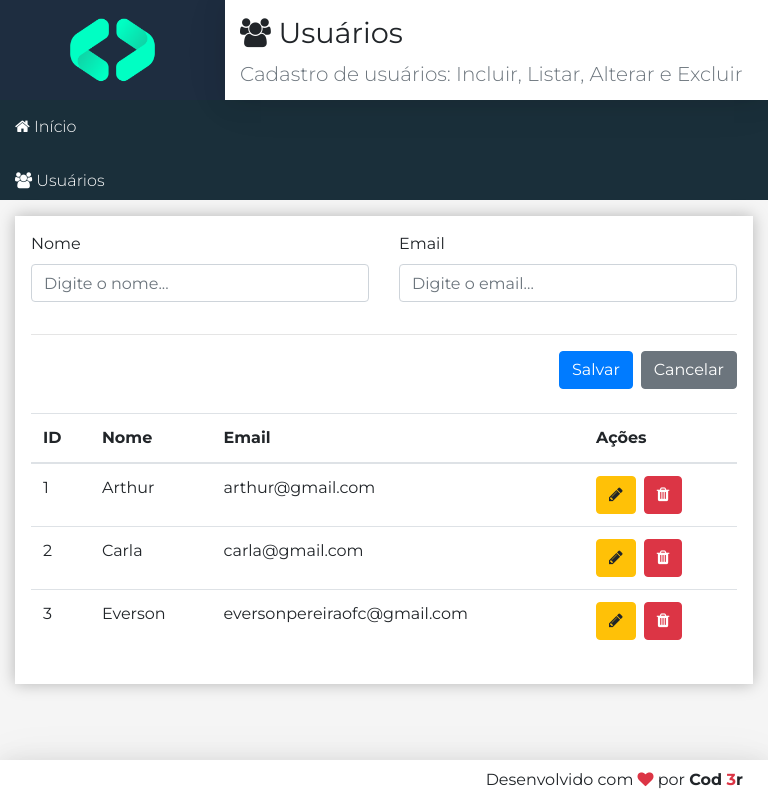
Repository: eversonps/projeto-cadastro-usuarios-firebase
Page: /users (app in frontend/)
These files come from the project's save history. The page is drawn as it stood at one moment and after the next save; the edit follows.
The browser window is 768 px wide. The pictures show the whole page.
The project was rebuilt for these pictures with package versions that can differ from the ones it lists, and the page was loaded fresh each time. Requests to the local data server were answered from the project's data file. Also part of the build but not shown: frontend/src/components/home/home.jsx.

Above is the page before, as saved 2022-03-22 15:32:35.

### frontend/public/index.html
<!DOCTYPE html>
<html lang="en">
  <head>
    <meta charset="utf-8" />
    <link rel="icon" href="%PUBLIC_URL%/favicon.ico" />
    <link rel="preconnect" href="https://fonts.googleapis.com">
    <link rel="preconnect" href="https://fonts.gstatic.com" crossorigin>
    <link href="https://fonts.googleapis.com/css2?family=Montserrat:wght@300;400;700&display=swap" rel="stylesheet">
    <meta name="viewport" content="width=device-width, initial-scale=1" />
    <meta name="theme-color" content="#000000" />
    <meta
      name="description"
      content="Web site created using create-react-app"
    />
    <link rel="apple-touch-icon" href="%PUBLIC_URL%/logo192.png" />
    <!--
      manifest.json provides metadata used when your web app is installed on a
      user's mobile device or desktop. See https://developers.google.com/web/fundamentals/web-app-manifest/
    -->
    <link rel="manifest" href="%PUBLIC_URL%/manifest.json" />
    <!--
      Notice the use of %PUBLIC_URL% in the tags above.
      It will be replaced with the URL of the `public` folder during the build.
      Only files inside the `public` folder can be referenced from the HTML.

      Unlike "/favicon.ico" or "favicon.ico", "%PUBLIC_URL%/favicon.ico" will
      work correctly both with client-side routing and a non-root public URL.
      Learn how to configure a non-root public URL by running `npm run build`.
    -->
    <title>React App</title>
  </head>
  <body>
    <noscript>You need to enable JavaScript to run this app.</noscript>
    <div id="root"></div>
    <!--
      This HTML file is a template.
      If you open it directly in the browser, you will see an empty page.

      You can add webfonts, meta tags, or analytics to this file.
      The build step will place the bundled scripts into the <body> tag.

      To begin the development, run `npm start` or `yarn start`.
      To create a production bundle, use `npm run build` or `yarn build`.
    -->
  </body>
</html>

### frontend/src/index.js
import React from 'react';
import ReactDOM from 'react-dom';
import './index.css';
import App from './main/app';
import reportWebVitals from './reportWebVitals';

ReactDOM.render(
  <React.StrictMode>
    <App />
  </React.StrictMode>,
  document.getElementById('root')
);

// If you want to start measuring performance in your app, pass a function
// to log results (for example: reportWebVitals(console.log))
// or send to an analytics endpoint. Learn more: https://bit.ly/CRA-vitals
reportWebVitals();

### frontend/src/main/app.jsx
import "./app.css"
import "bootstrap/dist/css/bootstrap.min.css"
import "font-awesome/css/font-awesome.min.css"

import React from "react"

import Logo from "../components/template/logo"
import Nav from "../components/template/nav"
import Footer from "../components/template/footer"
import Routes from "./routes"

import {BrowserRouter as Router} from "react-router-dom"

export default props => {
    return (
        <div className="app">
            <Router>
                <Logo></Logo>
                <Nav></Nav>
                <Routes></Routes>
                <Footer></Footer>
            </Router>
        </div>
    )
}

### frontend/src/main/app.css
:root{
    --bg-dark: #1A2F3A;
    --logo-height: 100px;
    --header-height: 100px;
    --aside-width: 225px;
    --footer-height: 40px;
    --menu-top-right: 100px;

    --shadow: 0 2px 23px 0 rgba(0, 0, 0, 0.1), 0 2px 49px 0 rgba(0, 0, 0, 0.06);
}

* {
    box-sizing: border-box;
    font-family: 'Montserrat', sans-serif;
}

.app{
    margin: 0px;
    display: grid;
    grid-template-columns: var(--aside-width) 1fr;
    grid-template-rows: var(--header-height) 1fr var(--footer-height);
    grid-template-areas:
        "logo header"
        "menu content"
        "menu footer";
    height: 100vh;
    background-color: #F5F5F5;
}

aside.logo{
    grid-area: logo;
}

header.header{
    grid-area: header;
}

aside.menu-area{
    grid-area: menu;
}

main.content{
    grid-area: content;
}

footer.footer{
    grid-area: footer;
}

@media(max-width: 768px){
    .app{
        grid-template-rows: var(--header-height) var(--menu-top-right) 1fr var(--footer-height);
        grid-template-columns: var(--aside-width) 1fr;
        grid-template-areas:
            "logo header"
            "menu menu"
            "content content"
            "footer footer"
        ;
    }
}

### frontend/src/components/template/logo.jsx
import React from "react"
import "./logo.css"
import logo from "../../assets/images/logo.png"

import { Link } from "react-router-dom"
export default props => (
    <aside className="logo">
        <Link to="/" className="logo">
            <img src={logo} alt="logo" />
        </Link>
    </aside>
)

### frontend/src/components/template/nav.jsx
import React from "react"
import "./nav.css"

import {Link} from "react-router-dom"

export default props => {
    return (
        <aside className="menu-area">
            <nav className="menu">
                <Link to="/">
                    <i className="fa fa-home"></i> Início
                </Link>
                <Link to="/users">
                    <i className="fa fa-users"></i> Usuários
                </Link>
            </nav>
        </aside>
    )
}

### frontend/src/components/template/footer.jsx
import React from "react";
import "./footer.css"

export default props => (
    <footer className="footer">
        <span>
            Desenvolvido com <i className="fa fa-heart text-danger"></i> por <strong>Cod <span className="text-danger">3</span>r</strong>
        </span>
    </footer>
)

### frontend/src/main/routes.jsx
import React from "react";
import {Routes, Route} from "react-router-dom"

import Home from "../components/home/home"
import UserCrud from "../components/user/userCrud"

export default props => (
    <Routes>
        <Route path="/" element={<Home />}/>
        <Route path="/users" element={<UserCrud />}/>
        <Route path="*" element={<Home />}/>
    </Routes>
)

### frontend/src/components/template/logo.css
aside.logo{
    background-color: var(--bg-dark);
    display: flex;
    justify-content: center;
    align-items: center;
}

aside.logo img {
    width: 100%;
}

### frontend/src/components/template/nav.css
aside.menu-area{
    background-color: var(--bg-dark);
    box-shadow: 2px 0 10px 0 rgba(0,0,0,0.12), rgba(0,0,0,0.09);
}

.menu a{
    display: block;
    text-decoration: none;
    color: #FFF;
    font-weight: 300;
    padding: 15px;
}

.menu a:hover {
    background: linear-gradient(135deg, #07A7E3 0%, #32DAC3 100%);
}

@media(max-width: 768px){

}

### frontend/src/components/template/footer.css
footer.footer{
    display: flex;
    align-items: center;
    justify-content: flex-end;
    padding: 0 25px;
    background-color: #FFF;
    box-shadow: var(--shadow);
}

### frontend/src/components/user/userCrud.jsx
import React, {Component, useReducer} from "react"
import Main from "../template/main"
import axios from "axios"

const headerProps = {
    icon: "users",
    title: "Usuários",
    subtitle: "Cadastro de usuários: Incluir, Listar, Alterar e Excluir"
}

const baseUrl = "http://localhost:3001/users"
const initialState = {
    user: {name: "", email: ""},
    list: []
}

export default class UserCrud extends Component{
    state = { ...initialState }

    componentWillMount(){
        axios(baseUrl).then(resp => {
            this.setState({list: resp.data})
        })
    }

    clear(){
        this.setState({user: initialState.user})
    }

    save(){
        const user = this.state.user
        const method = user.id ? "put" : "post"
        const url = user.id ? `${baseUrl}/${user.id}` : baseUrl
        axios[method](url, user).then(resp => {
            const list = this.getUpdatedList(resp.data)
            this.setState({user: initialState.user, list})
        })
    }

    getUpdatedList(user, add=true){
        const list = this.state.list.filter(u => u.id !== user.id)
        if(add) list.unshift(user)
        return list
    }

    updateField(event){
        const user = {...this.state.user}
        user[event.target.name] = event.target.value
        this.setState({ user })
    }

    renderForm(){
        return (
            <div className="form">
                <div className="row">
                    <div className="col-12 col-md-6">
                        <div className="form-group">
                            <label>Nome</label>
                            <input type="text" className="form-control" name="name" value={this.state.user.name} onChange={e => this.updateField(e)} placeholder="Digite o nome..."/>
                        </div>
                    </div>

                    <div className="col-12 col-md-6">
                        <div className="form-group">
                            <label>Email</label>
                            <input type="text" className="form-control" name="email" value={this.state.user.email} onChange={e => this.updateField(e)} placeholder="Digite o email..."/>
                        </div>
                    </div>
                </div>

                <hr />

                <div className="row">
                    <div className="col-12 d-flex justify-content-end">
                        <button className="btn btn-primary" onClick={e => this.save(e)}>Salvar</button>
                        <button className="btn btn-secondary ml-2" onClick={e => this.clear(e)}>Cancelar</button>
                    </div>
                </div>
            </div>
        )
    }

    load(user){
        this.setState({ user })
    }

    remove(user){
        axios.delete(`${baseUrl}/${user.id}`).then(resp => {
            const list = this.getUpdatedList(user, false)
            console.log(list)
            this.setState({ list })
        })
    }

    renderTable(){
        return (
            <table className="table mt-4">
                <thead>
                    <tr>
                        <th>ID</th>
                        <th>Nome</th>
                        <th>Email</th>
                        <th>Ações</th>
                    </tr>
                </thead>
                <tbody>
                    {this.renderRows()}
                </tbody>
            </table>
        )
    }

    renderRows(){
        const trs = this.state.list.map(u => {
            return(
                <tr key={u.id}>
                    <td>{u.id}</td>
                    <td>{u.name}</td>
                    <td>{u.email}</td>
                    <td>
                        <button className="btn btn-warning" onClick={() => this.load(u)}>
                            <i className="fa fa-pencil"></i>
                        </button>
                        <button className="btn btn-danger ml-2"  onClick={() => this.remove(u)}>
                            <i className="fa fa-trash"></i>
                        </button>
                    </td>
                </tr>
            )
        })

        return trs
    }

    render(){
        return (
            <Main {...headerProps}>
                {this.renderForm()}
                {this.renderTable()}
            </Main>
        )
    }
}

### frontend/src/components/template/main.jsx
import React from "react"
import Header from "./header"
import "./main.css"

export default props => (
    <>
        <Header {...props}></Header>
        <main className="content container-fluid">
            <div className="p-3 mt-3">
                {props.children}
            </div>
        </main>
    </>
)

### frontend/src/components/template/header.jsx
import React from "react";
import "./header.css"

export default props => (
    <header className="header d-none d-sm-flex flex-column">
        <h1 className="mt-3">
            <i className={`fa fa-${props.icon}`}></i> {props.title}
        </h1>
        <p className="lead text-muted">{props.subtitle}</p>
    </header>
)

### frontend/src/components/template/header.css
header.header{
    background-color: #FFF;
    padding: 0px 15px;
    overflow: hidden;
    white-space: nowrap;
    box-shadow: var(--shadow);
}

header.header h1{
    font-size: 1.8em;
}

### backend/db.json
{
  "users": [
    {
      "id": 1,
      "name": "Arthur",
      "email": "arthur@gmail.com"
    },
    {
      "id": 2,
      "name": "Carla",
      "email": "carla@gmail.com"
    },
    {
      "name": "Everson",
      "email": "eversonpereiraofc@gmail.com",
      "id": 3
    }
  ]
}

Loaded but not shown: frontend/src/index.css (common file); frontend/src/reportWebVitals.js (common file); frontend/src/components/template/main.css (common file)

After the next save:
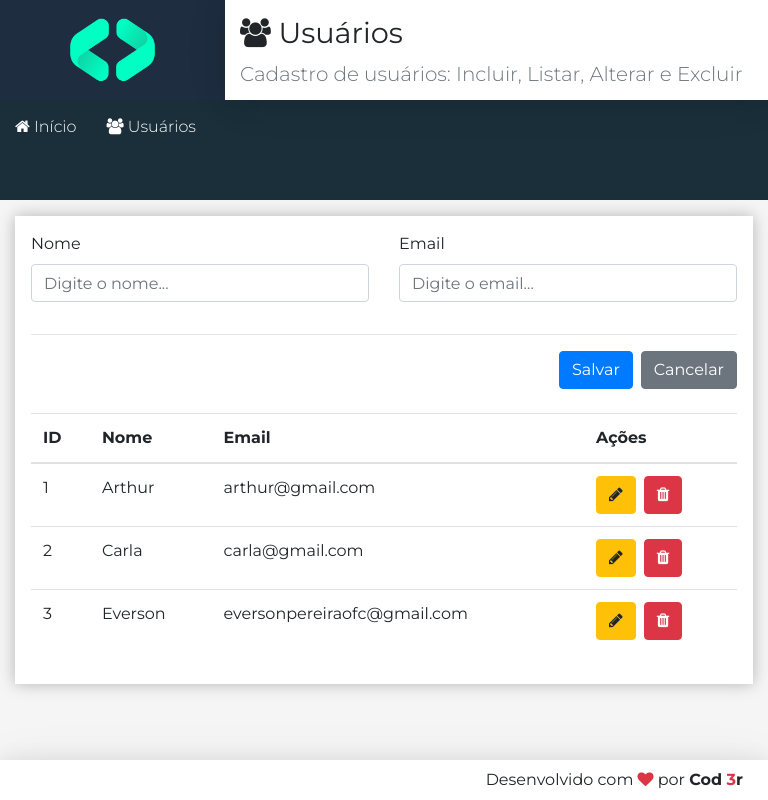
Saved 29 s later.
--- a/frontend/src/components/template/nav.css
+++ b/frontend/src/components/template/nav.css
@@ -16,5 +16,9 @@ aside.menu-area{
 }
 
 @media(max-width: 768px){
-
+    .menu{
+        display: flex;
+        justify-content: flex-start;
+        align-items: center;
+    }
 }
